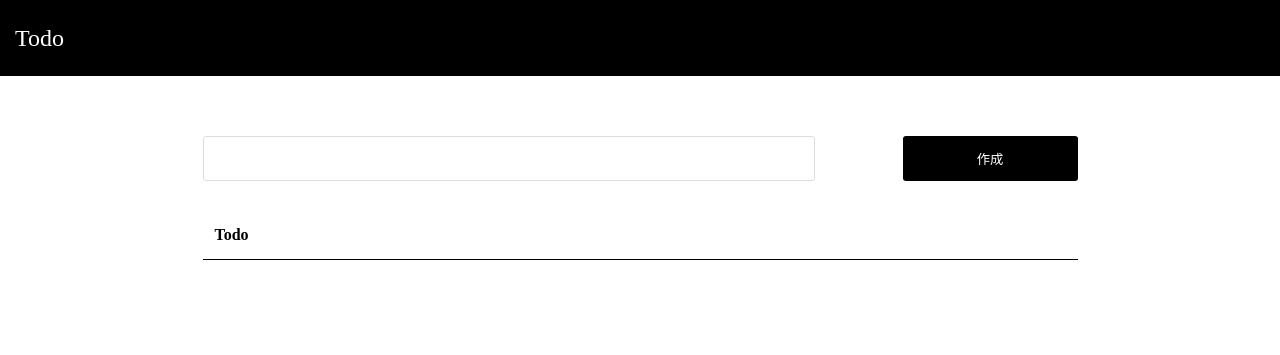
Repository: mayu-ya/todo4
Page: http://localhost/
These files come from the project's save history. The page is drawn as it stood at one moment and after the next save; the edit follows.
The browser window is 1280 px wide. The pictures show the whole page.
The page is served by the project's Laravel application, run on PHP 8.4 with Laravel 8. Queries for data that is not in the repository find no rows.

Above is the page before, as saved 2026-01-13 15:40:45.

After the next save:
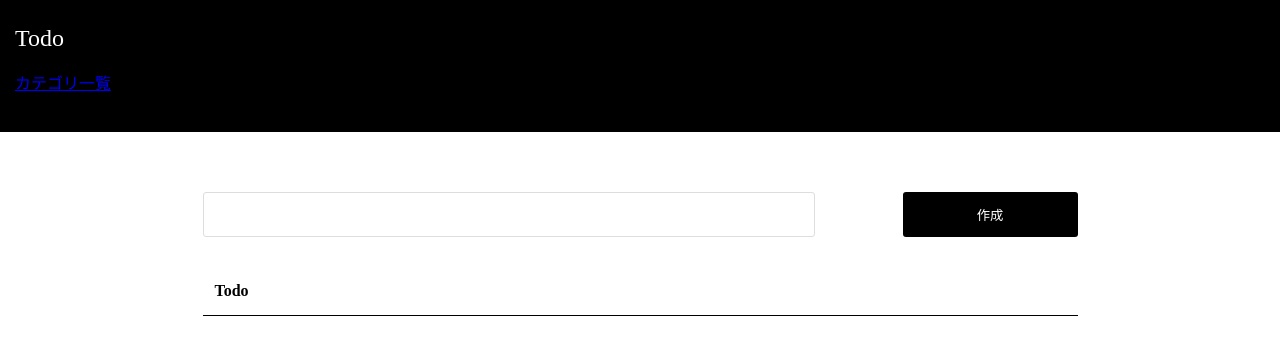
Saved 5 min 52 s later.
--- a/src/resources/views/layouts/app.blade.php
+++ b/src/resources/views/layouts/app.blade.php
@@ -11,7 +11,16 @@
 <body>
     <header class="header">
         <div class="header-inner">
-            <a href="/" class="header-logo">Todo</a>
+            <div class="header-utilities">
+                <a href="/" class="header-logo">Todo</a>
+                <nav>
+                    <ul class="header-nav">
+                        <li class="header-nav_item">
+                            <a href="/categories" class="header-nav_link">カテゴリ一覧</a>
+                        </li>
+                    </ul>
+                </nav>
+            </div>
         </div>
     </header>
 
